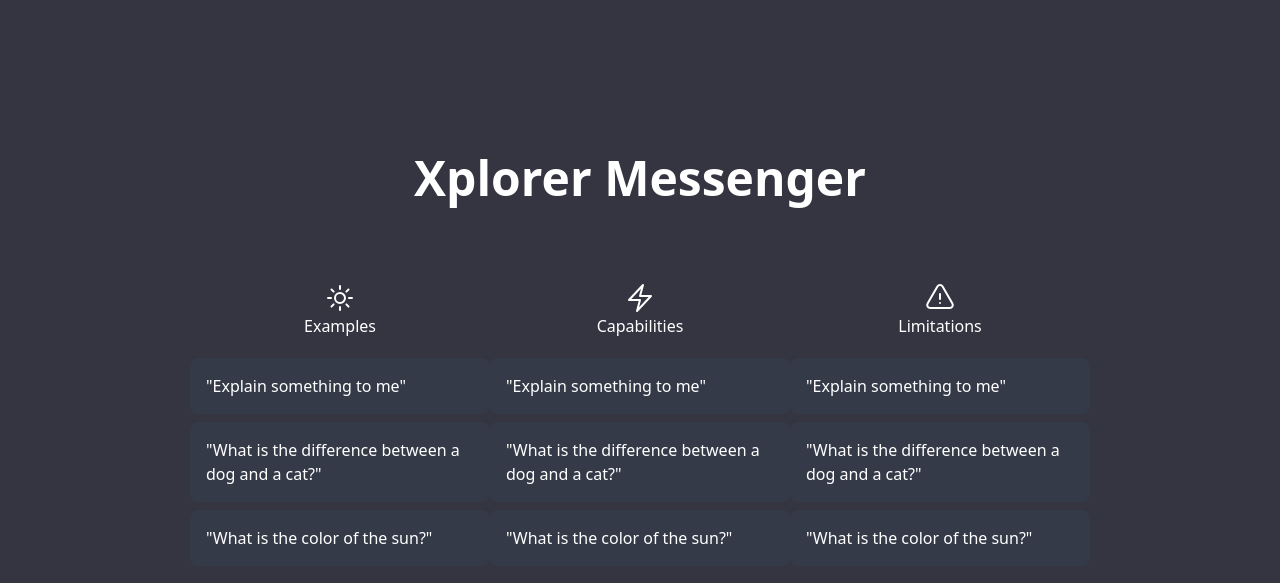
Repository: Curiosityxploring/xplorer-messanger
Page: /
An editor plug-in stored every save of this project. The page is shown before and after a run of saves, followed by the edit.
The browser window is 1280 px wide. The pictures show the whole page.
The project was rebuilt for these pictures with package versions that can differ from the ones it lists, and the page was loaded fresh each time. The framework's server and built-in components were replaced by stand-ins that run in the browser. Also part of the build but not shown: next.config.js.

Above is the page before, as saved 2023-02-07 20:39:55.

After the next 3 saves:
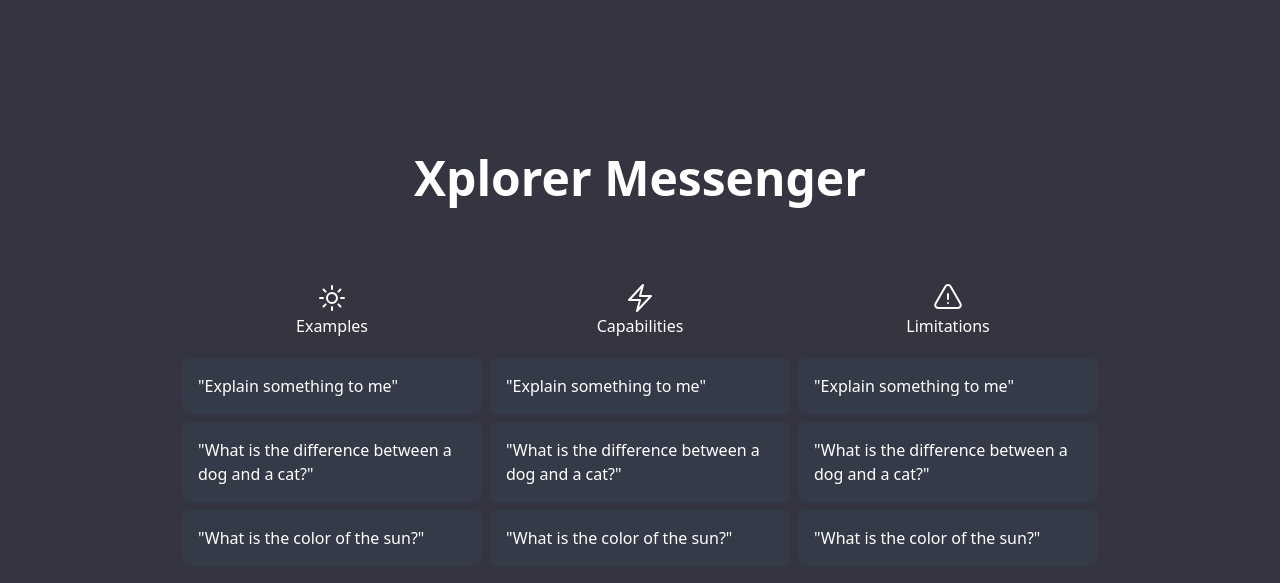
The 3 saves are shown as one change because they came seconds apart.
The last was saved 8 s later.
--- a/app/page.tsx
+++ b/app/page.tsx
@@ -1,11 +1,15 @@
 import React from "react";
-import { BoltIcon, ExclamationTriangleIcon, SunIcon } from "@heroicons/react/24/outline";
+import {
+  BoltIcon,
+  ExclamationTriangleIcon,
+  SunIcon,
+} from "@heroicons/react/24/outline";
 
 function HomePage() {
   return (
     <div className="flex flex-col items-center justify-center px-2 h-screen text-white">
       <h1 className="text-5xl font-bold mb-20">Xplorer Messenger</h1>
-      <div className="flex">
+      <div className="flex space-x-2">
         <div>
           <div className="flex flex-col items-center justify-center mb-5">
             {/* Sun Icon */}
